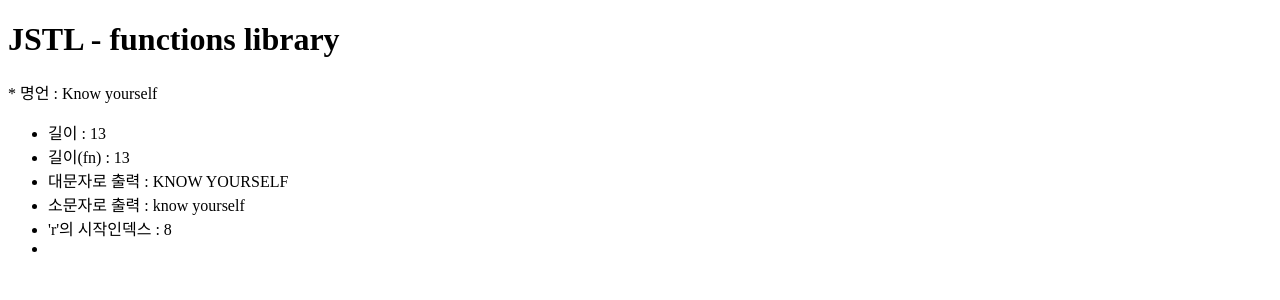
Repository: Developer-Choi-Jae-Young/ServletPractice
Page: http://localhost/3_elAction/views/3_Custom_Action/03_fn.jsp
These files come from the project's save history. The page is drawn as it stood at one moment and after a run of saves; the edit follows.
The browser window is 1280 px wide. The pictures show the whole page.
The page is served by Tomcat 9.

Above is the page before, as saved 2024-08-28 02:24:56.

After the next 2 saves:
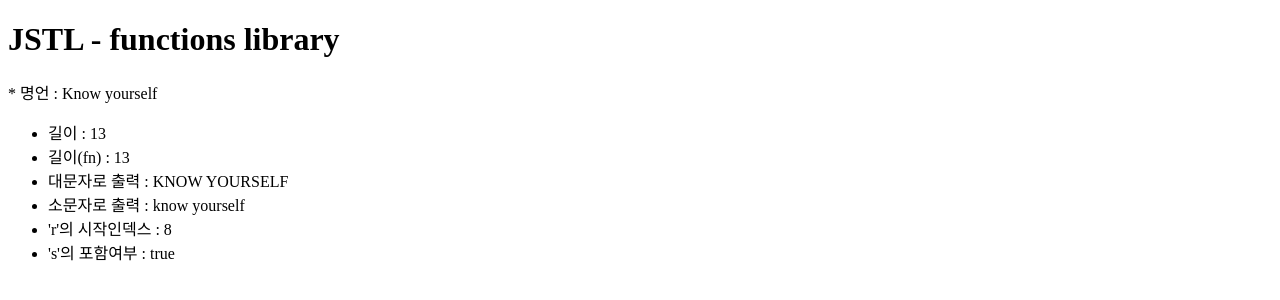
The 2 saves are shown as one change because 1 did not build or start.
The last was saved 55 s later.
--- a/3_elAction/src/main/webapp/views/3_Custom_Action/03_fn.jsp
+++ b/3_elAction/src/main/webapp/views/3_Custom_Action/03_fn.jsp
@@ -32,7 +32,7 @@
 			'r'의 시작인덱스 : ${ fn:indexOf(qt, "r") }
 		</li>
 		<li>
-
+			's'의 포함여부 : ${ fn:contains(qt, "s") }
 		</li>
 	</ul>
 </body>
